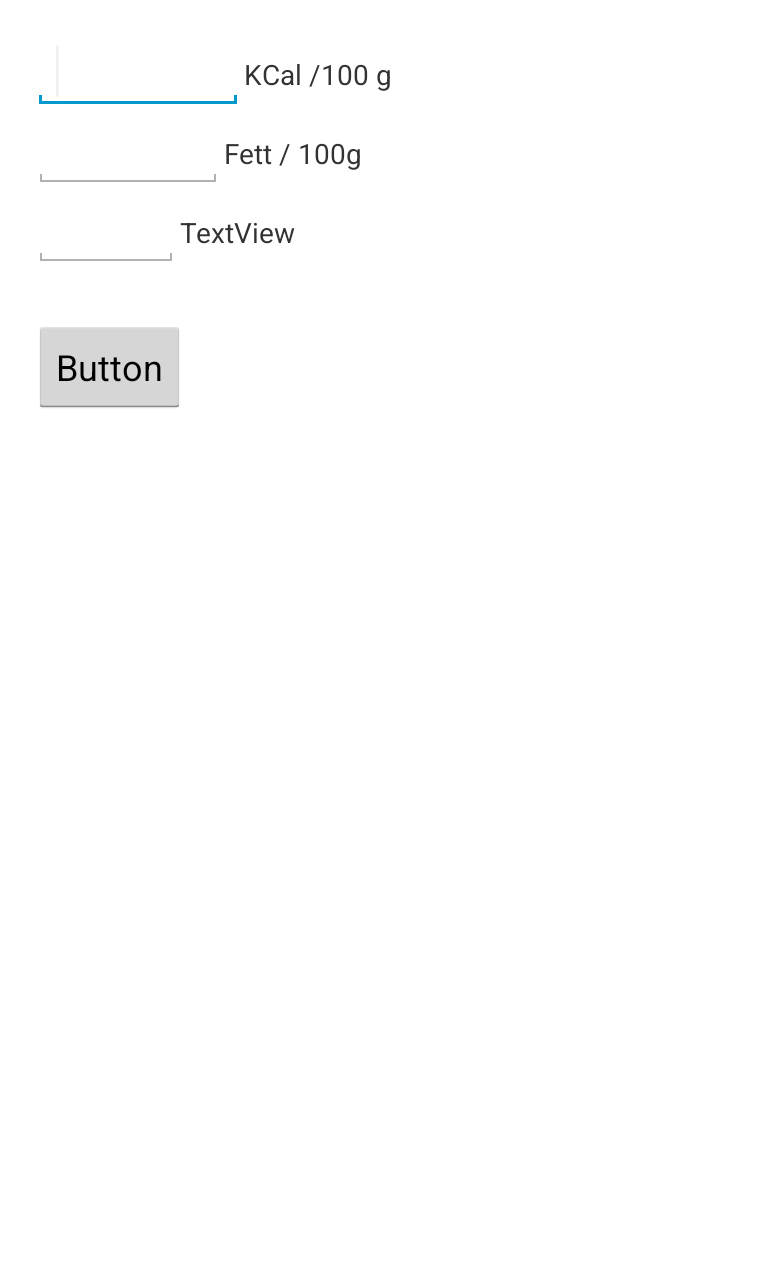
Repository: mikereckhaus/BineWatchers
Layout: BineWatchers/res/layout/activity_main.xml
These files come from the project's save history. The layout is drawn as it stood at one moment and after the next save; the edit follows.
It is drawn on a 768 x 1280 px phone screen (xhdpi) without system bars, with theme AppTheme; the app's code is not run.

Above is the layout before, as saved 2014-01-06 19:59:05.

### BineWatchers/res/layout/activity_main.xml
<RelativeLayout xmlns:android="http://schemas.android.com/apk/res/android"
    xmlns:tools="http://schemas.android.com/tools"
    android:layout_width="match_parent"
    android:layout_height="match_parent"
    android:paddingBottom="@dimen/activity_vertical_margin"
    android:paddingLeft="@dimen/activity_horizontal_margin"
    android:paddingRight="@dimen/activity_horizontal_margin"
    android:paddingTop="@dimen/activity_vertical_margin"
    tools:context=".MainActivity" >

    <LinearLayout
        android:id="@+id/linearLayout1"
        android:layout_width="wrap_content"
        android:layout_height="wrap_content"
        android:layout_alignParentTop="true"
        android:orientation="vertical" >

        <LinearLayout
            android:layout_width="wrap_content"
            android:layout_height="wrap_content" >

            <EditText
                android:id="@+id/editTextKCal"
                android:layout_width="106dp"
                android:layout_height="wrap_content"
                android:inputType="numberPassword" >

                <requestFocus />
            </EditText>

            <TextView
                android:id="@+id/textView1"
                android:layout_width="wrap_content"
                android:layout_height="wrap_content"
                android:layout_weight="1"
                android:text="KCal /100 g" />
        </LinearLayout>

        <LinearLayout
            android:layout_width="match_parent"
            android:layout_height="wrap_content" >

            <EditText
                android:id="@+id/editTextFat"
                android:layout_width="wrap_content"
                android:layout_height="wrap_content"
                android:layout_weight="4.68"
                android:inputType="numberPassword" />

            <TextView
                android:id="@+id/textView2"
                android:layout_width="wrap_content"
                android:layout_height="wrap_content"
                android:layout_weight="1"
                android:text="Fett / 100g" />
        </LinearLayout>

        <LinearLayout
            android:layout_width="match_parent"
            android:layout_height="wrap_content" >

            <EditText
                android:id="@+id/editTextWeight"
                android:layout_width="wrap_content"
                android:layout_height="wrap_content"
                android:layout_weight="1"
                android:inputType="numberPassword" />

            <TextView
                android:id="@+id/textView3"
                android:layout_width="wrap_content"
                android:layout_height="wrap_content"
                android:layout_weight="1"
                android:text="TextView" />

        </LinearLayout>

    </LinearLayout>

    <Button
        android:id="@+id/button1"
        android:layout_width="wrap_content"
        android:layout_height="wrap_content"
        android:layout_alignLeft="@+id/linearLayout1"
        android:layout_below="@+id/linearLayout1"
        android:layout_marginTop="25dp"
        android:text="Button" />

</RelativeLayout>

Loaded but not shown: BineWatchers/res/values/styles.xml (common file); BineWatchers/res/values-v11/styles.xml (common file); BineWatchers/res/values-v14/styles.xml (common file); BineWatchers/res/values/dimens.xml (common file)

After the next save:
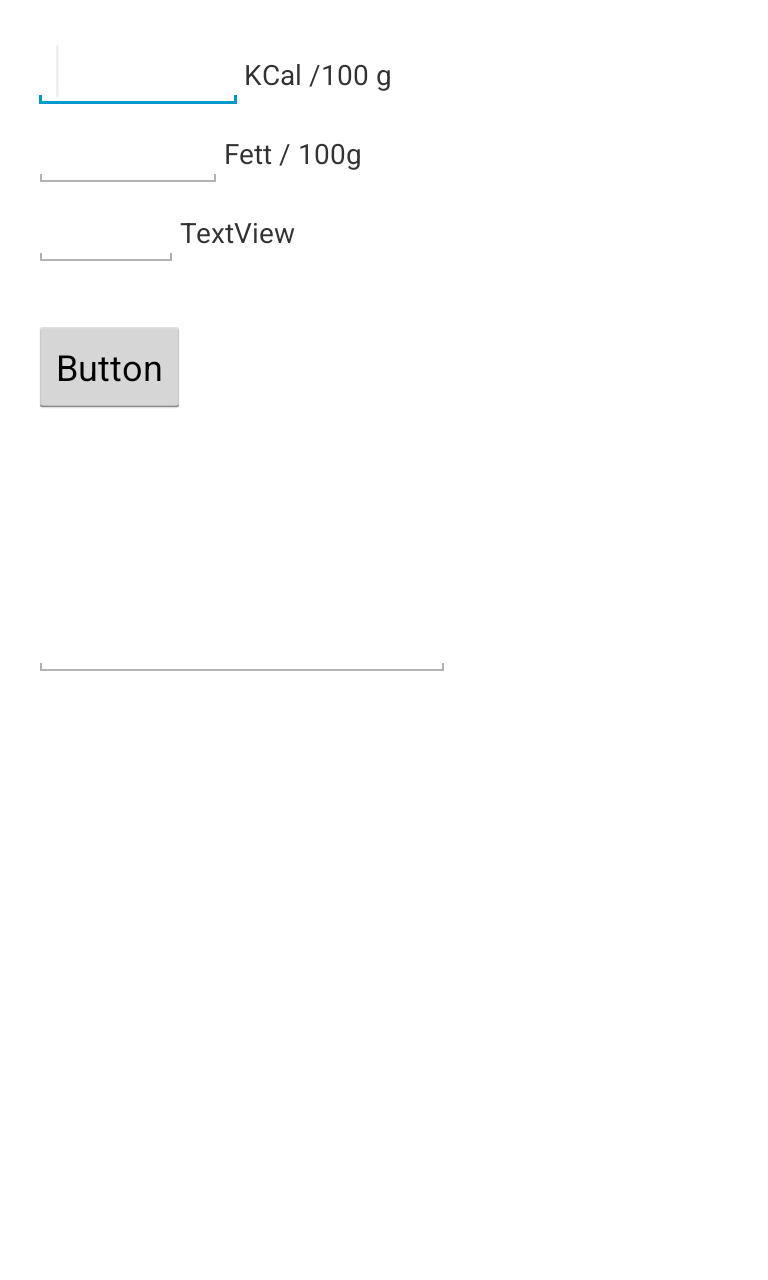
Saved 2 min 17 s later.
--- a/BineWatchers/res/layout/activity_main.xml
+++ b/BineWatchers/res/layout/activity_main.xml
@@ -86,4 +86,13 @@
         android:layout_marginTop="25dp"
         android:text="Button" />
 
+    <EditText
+        android:id="@+id/editText1"
+        android:layout_width="wrap_content"
+        android:layout_height="wrap_content"
+        android:layout_alignParentLeft="true"
+        android:layout_centerVertical="true"
+        android:ems="10"
+        android:inputType="numberPassword" />
+
 </RelativeLayout>
